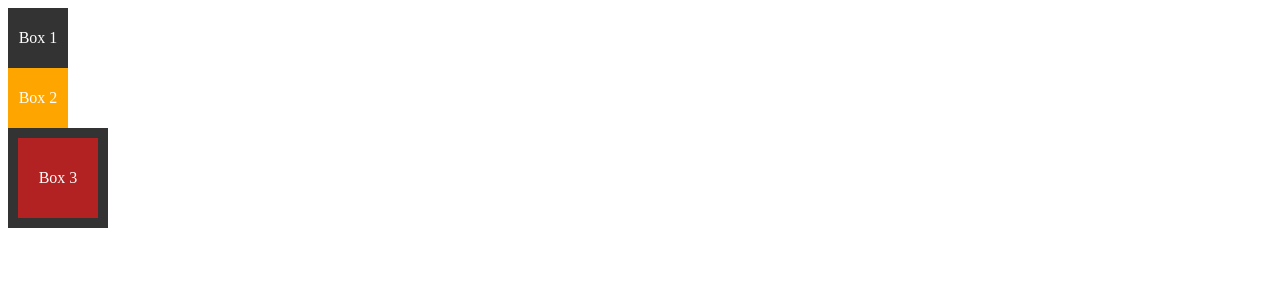
Repository: critdang/electro_store
Page: javascript_project/HTML &CSS practice/index.html
An editor plug-in stored every save of this project. The page is shown before and after the next save, followed by the edit.
The browser window is 1280 px wide. The pictures show the whole page.

Above is the page before, as saved 2021-10-01 22:07:39.

### javascript_project/HTML &CSS practice/index.html
<!DOCTYPE html>
<html lang="en">
    <head>
        <meta charset="UTF-8">
        <meta http-equiv="X-UA-Compatible" content="IE=edge">
        <meta name="viewport" content="width=device-width, initial-scale=1.0">
        <title>Document</title>
        <style>
            .box{
                width:60px;
                height:60px;
                color: #fff;
                display: flex;
                align-items: center;
                justify-content: center;
            }
            .box1{
                background-color: #333;
            }
            .box2{
                background-color: orange;
            }
            .box3{
                background-color: firebrick;

                padding: 10px;
                border-width: 10px;
                border-style: solid;
                border-color: #333;
            }
        </style>
    </head>
    <body>
        <div class="box box1">Box 1</div>
        <div class="box box2">Box 2</div>
        <div class="box box3">Box 3</div>
    </body>
</html>

After the next save:
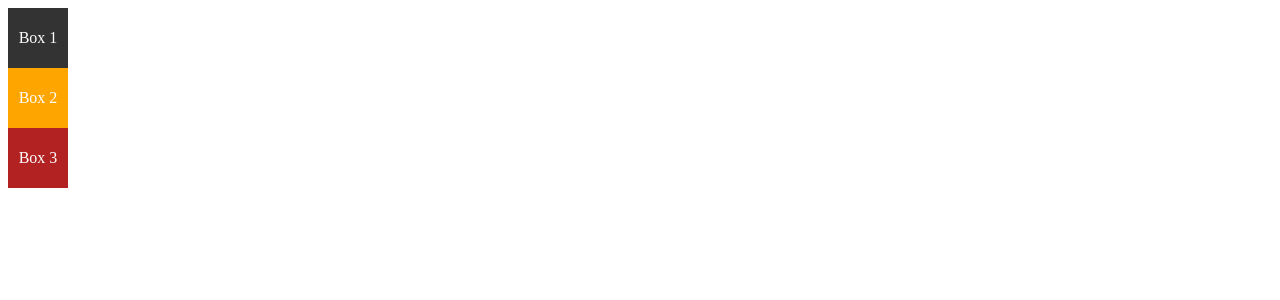
Saved 5 min 38 s later.
--- a/javascript_project/HTML &CSS practice/index.html
+++ b/javascript_project/HTML &CSS practice/index.html
@@ -23,10 +23,6 @@
             .box3{
                 background-color: firebrick;
 
-                padding: 10px;
-                border-width: 10px;
-                border-style: solid;
-                border-color: #333;
             }
         </style>
     </head>
